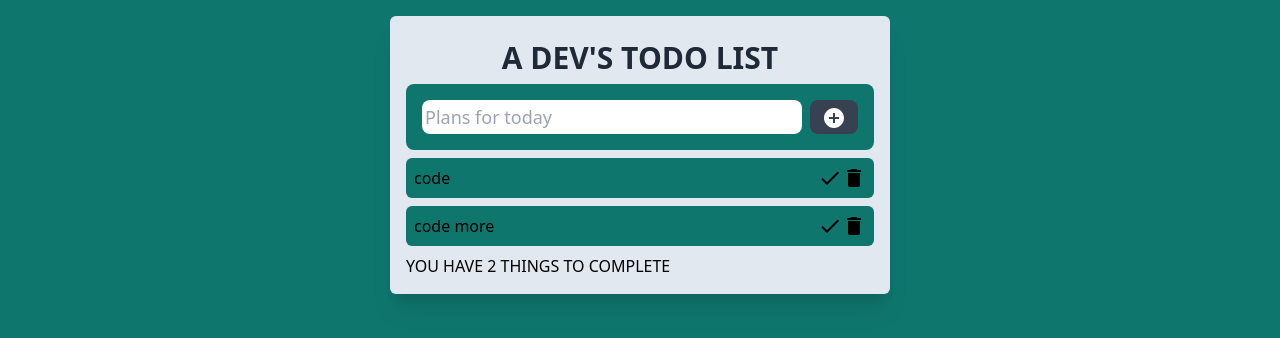
Repository: DevAntonioRogers/React-Todo-CRUD-App
Page: /
These files come from the project's save history. The page is drawn as it stood at one moment and after the next save; the edit follows.
The browser window is 1280 px wide. The pictures show the whole page.
The project was rebuilt for these pictures with package versions that can differ from the ones it lists, and the page was loaded fresh each time. Also part of the build but not shown: vite.config.ts.

Above is the page before, as saved 2023-05-14 19:53:54.

After the next save:
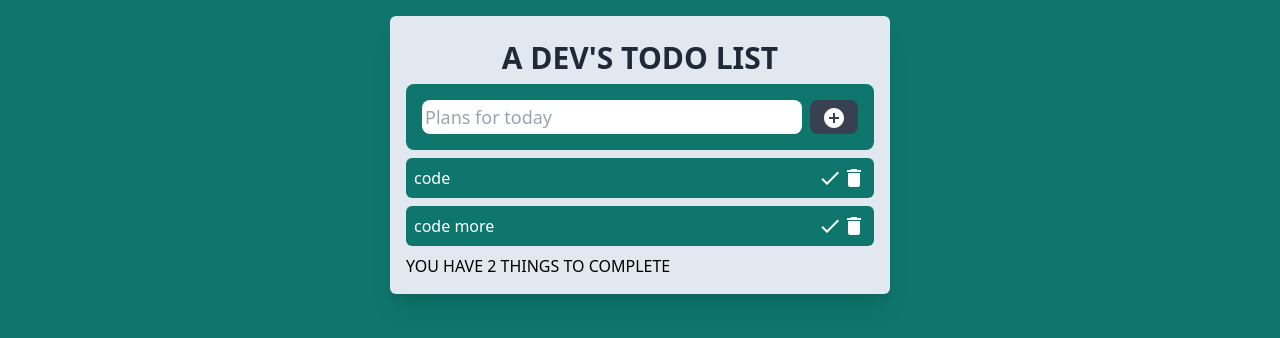
Saved 11 s later.
--- a/src/components/Todo.tsx
+++ b/src/components/Todo.tsx
@@ -7,7 +7,7 @@ interface TodoProps {
 
 const Todo = ({ todos }: TodoProps) => {
   return (
-    <li className="p-2 bg-teal-700 my-2 rounded-md">
+    <li className="p-2 bg-teal-700 my-2 rounded-md text-white">
       <div className="flex items-center justify-between">
         <p>{todos}</p>
         <div className="flex">
